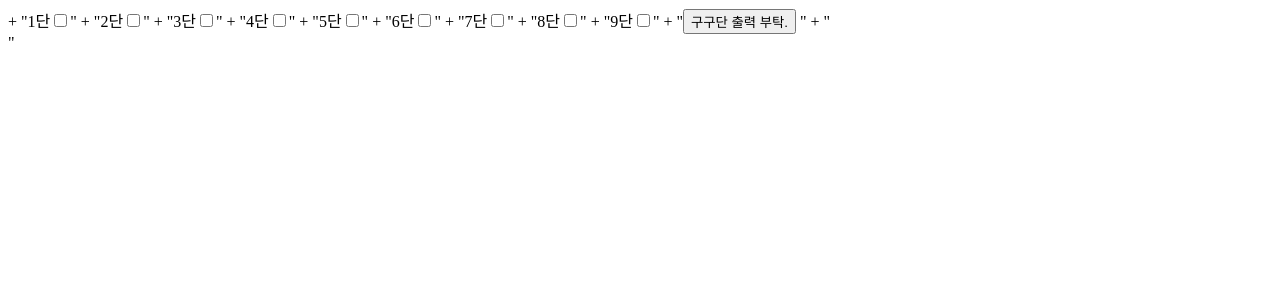
Repository: Moonsun23/jsp
Page: http://localhost/jsp01/gugudanCheckbox.jsp
The author's editor kept a copy of each file at every save. The page is drawn from the files as they stood at one save, then again after the next save.
The browser window is 1280 px wide. The pictures show the whole page.
The page is served by Tomcat 9. Other server files are loaded and not shown.

Above is the page before, as saved 2023-06-02 06:51:52.

### jsp01/src/main/webapp/gugudanCheckbox.jsp
<%@ page language="java" contentType="text/html; charset=UTF-8"
    pageEncoding="UTF-8"%>
<!DOCTYPE html>
<html>
<head>
<meta charset="UTF-8">
<title>Insert title here</title>
</head>
<body>
<form action='gugudanResultCheckbox.jsp'>
				+ "<label><span>1단</span><input type='checkbox' name='dan' value='1'></label>"
				+ "<label><span>2단</span><input type='checkbox' name='dan' value='2'></label>"
				+ "<label><span>3단</span><input type='checkbox' name='dan' value='3'></label>"
				+ "<label><span>4단</span><input type='checkbox' name='dan' value='4'></label>"
				+ "<label><span>5단</span><input type='checkbox' name='dan' value='5'></label>"
				+ "<label><span>6단</span><input type='checkbox' name='dan' value='6'></label>"
				+ "<label><span>7단</span><input type='checkbox' name='dan' value='7'></label>"
				+ "<label><span>8단</span><input type='checkbox' name='dan' value='8'></label>"
				+ "<label><span>9단</span><input type='checkbox' name='dan' value='9'></label>"
				+ "<button>구구단 출력 부탁.</button>   "
				+ "</form>"

</body>
</html>

After the next save:
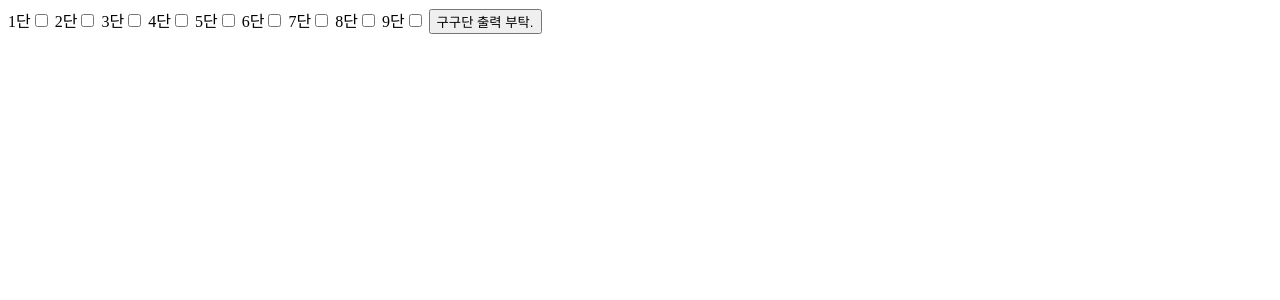
Saved 27 s later.
--- a/jsp01/src/main/webapp/gugudanCheckbox.jsp
+++ b/jsp01/src/main/webapp/gugudanCheckbox.jsp
@@ -8,17 +8,17 @@
 </head>
 <body>
 <form action='gugudanResultCheckbox.jsp'>
-				+ "<label><span>1단</span><input type='checkbox' name='dan' value='1'></label>"
-				+ "<label><span>2단</span><input type='checkbox' name='dan' value='2'></label>"
-				+ "<label><span>3단</span><input type='checkbox' name='dan' value='3'></label>"
-				+ "<label><span>4단</span><input type='checkbox' name='dan' value='4'></label>"
-				+ "<label><span>5단</span><input type='checkbox' name='dan' value='5'></label>"
-				+ "<label><span>6단</span><input type='checkbox' name='dan' value='6'></label>"
-				+ "<label><span>7단</span><input type='checkbox' name='dan' value='7'></label>"
-				+ "<label><span>8단</span><input type='checkbox' name='dan' value='8'></label>"
-				+ "<label><span>9단</span><input type='checkbox' name='dan' value='9'></label>"
-				+ "<button>구구단 출력 부탁.</button>   "
-				+ "</form>"
+				<label><span>1단</span><input type='checkbox' name='dan' value='1'></label>
+				<label><span>2단</span><input type='checkbox' name='dan' value='2'></label>
+				<label><span>3단</span><input type='checkbox' name='dan' value='3'></label>
+				<label><span>4단</span><input type='checkbox' name='dan' value='4'></label>
+				<label><span>5단</span><input type='checkbox' name='dan' value='5'></label>
+				<label><span>6단</span><input type='checkbox' name='dan' value='6'></label>
+				<label><span>7단</span><input type='checkbox' name='dan' value='7'></label>
+				<label><span>8단</span><input type='checkbox' name='dan' value='8'></label>
+				<label><span>9단</span><input type='checkbox' name='dan' value='9'></label>
+				<button>구구단 출력 부탁.</button>
+				</form>
 
 </body>
 </html>
